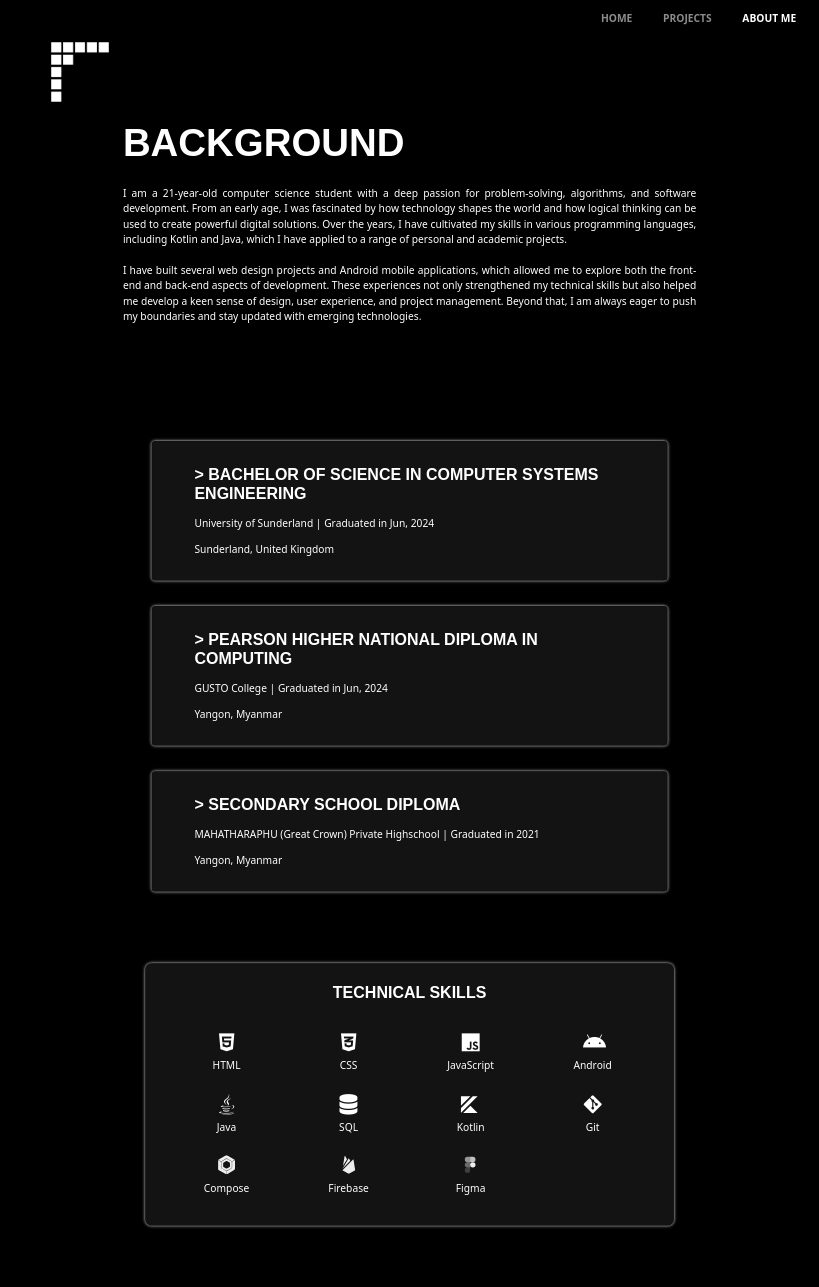
Repository: pyaestk/Portfolio-template
Page: aboutme.html
The author's editor kept a copy of each file at every save. The page is drawn from the files as they stood at one save, then again after the next save.
The browser window is 1280 px wide. The pictures show the whole page, at 64% of full size.
Some web fonts or font styles are not loaded; a fallback is used. Some web libraries are served in a nearby version.

Above is the page before, as saved 2025-05-24 12:42:50.
Console error: TypeError: Cannot read properties of null (reading 'addEventListener')

After the next save:
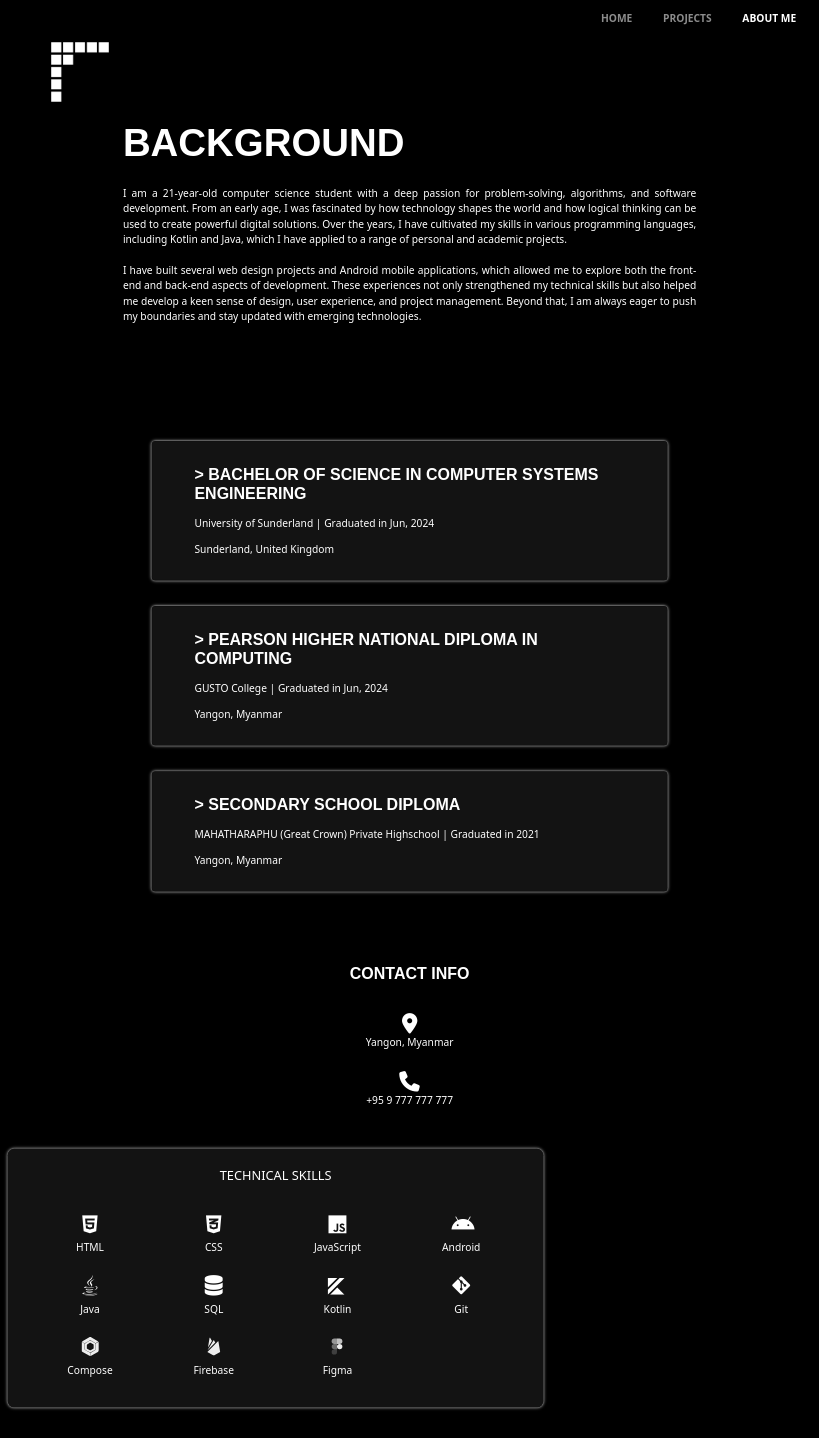
Saved 24 min 42 s later.
--- a/aboutme.html
+++ b/aboutme.html
@@ -102,6 +102,23 @@
 
     <div class="container-fluid text-white my-5">
     <div class="row skills-container mx-2">
+
+      <div class="contact-info col-12 col-md-4 mb-5 reveal3">
+        <h5 class="mb-5 text-center">CONTACT INFO</h5>
+        <div class="row g-3">
+          <div class="col-12 text-center">
+            <i class="fa-solid fa-location-dot fa-2x"></i>
+            <p>Yangon, Myanmar</p>
+          </div>
+          <div class="col-12 text-center">
+            <i class="fa-solid fa-phone fa-2x"></i>
+            <p>+95 9 777 777 777</p>
+          </div>
+        </div>
+      </div>
+
+
+      </div>
       <div class="col-12 col-md-8 mb-5 technical-skills reveal3">
         <h5 class="mb-5 text-center">TECHNICAL SKILLS</h5>
 
